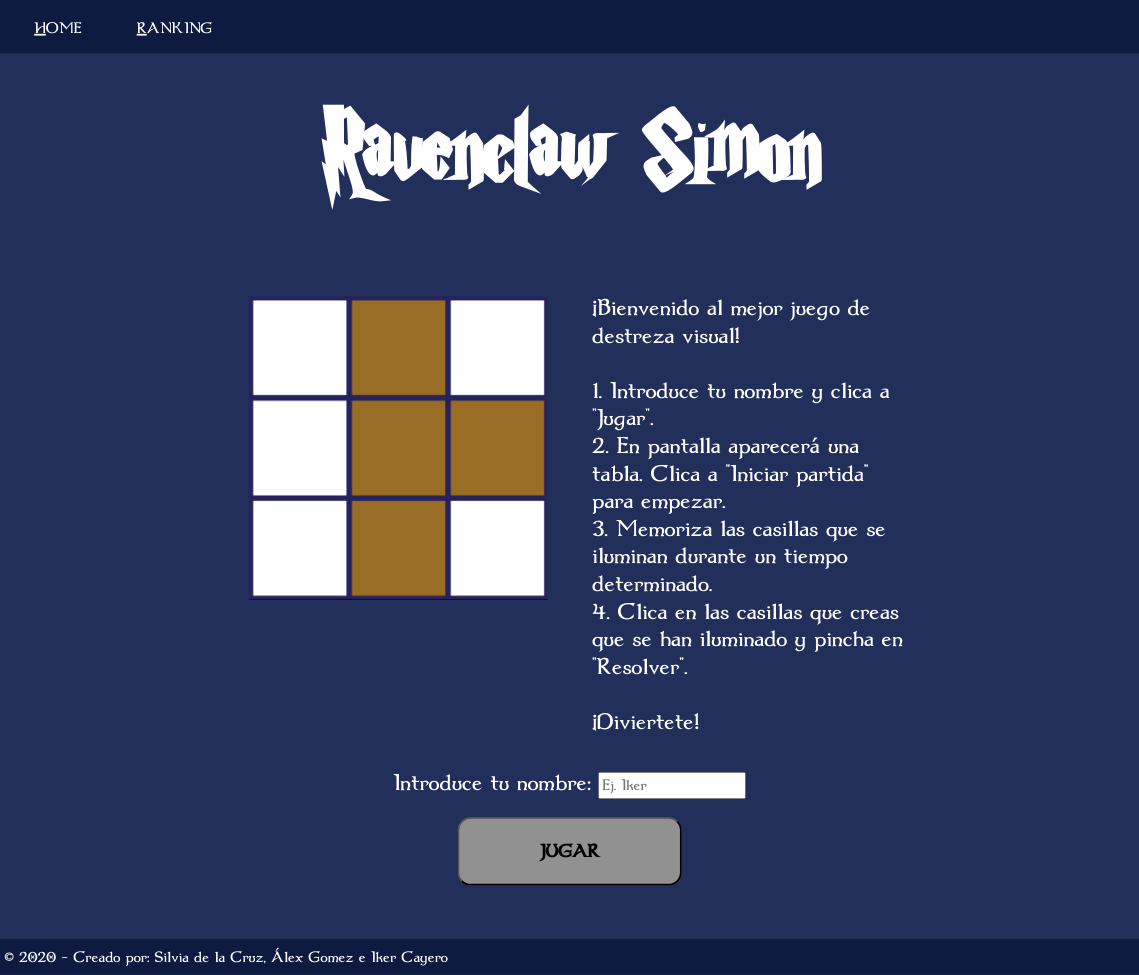
Repository: alexgomezdev/RavenclawSimon
Page: http://localhost/
These files come from the project's save history. The page is drawn as it stood at one moment and after the next save; the edit follows.
The browser window is 1280 px wide. The pictures show the whole page, at 89% of full size.
The page is run by PHP 8.4 with error messages shown; the project is at /var/www/html/.

Above is the page before, as saved 2020-11-05 15:42:45.

### index.php
<!DOCTYPE html>
<html>
<?php
//prueba
session_start();
?>

<head>
    <meta charset="UTF-8">
    <title>Ravenclaw Simon</title>
    <link rel="stylesheet" href="templates/general.css">
    <link rel="stylesheet" href="templates/index.css">
</head>

<body>
    <header>
        <div id="home_link_div">
            <a href="index.php" id="home_link" accesskey="h"><underline class='accesskey'>H</underline>OME</a>
        </div>
        <div id="ranking_link_div">
            <a href="ranking.php" id="ranking_link" accesskey="r"><underline class='accesskey'>R</underline>ANKING</a>
        </div>
    </header>
    <main>
        <div id="title">
            <h1>Ravenclaw Simon</h1>
        </div>
        <div class="container">
            <div id="img">
                <img src="templates/assets/home_img.png" alt="Simon Game">
            </div>
            <div id="manual">
                <p id="manual_paragraph">
                    ¡Bienvenido al mejor juego de destreza visual!
                    <br>
                    <br>
                    1. Introduce tu nombre y clica a "Jugar".
                    <br>
                    2. En pantalla aparecerá una tabla. Clica a "Iniciar partida" para empezar.
                    <br>
                    3. Memoriza las casillas que se iluminan durante un tiempo determinado.
                    <br>
                    4. Clica en las casillas que creas que se han iluminado y pincha en "Resolver".
                    <br>
                    <br>
                    ¡Diviertete!
                </p>
            </div>
        </div>
        <form method="POST" action="start.php">
            <div id="name_introduction">
                <?php
                if (isset($_SESSION['user'])) {
                    echo "<label for='username'>Introduce tu nombre: </label><input type='text' id='username' name='username' placeholder='Ej. Iker' value='" . $_SESSION['user'] . "' required oninvalid='this.setCustomValidity(\"Introduce un nombre\")' onchange='this.setCustomValidity(\"\")'>";
                } else {
                    echo '<label for="username">Introduce tu nombre: </label><input type="text" id="username" name="username" placeholder="Ej. Iker" required oninvalid="this.setCustomValidity(\'Introduce un nombre\')" onchange="this.setCustomValidity(\'\')">';
                }
                ?>
            </div>
            <div id="button_div">
                <button id="button_play" accesskey="j">
                    <h3><underline class='accesskey'>J</underline>UGAR</h3>
                </button>
            </div>
        </form>
    </main>
    <footer>
        <div id="footer_content">
            &#0169 2020 - Creado por: Silvia de la Cruz, Álex Gomez e Iker Cayero
        </div>
    </footer>
</body>

</html>

### templates/general.css
@font-face {
  font-family: "Harry_Potter";
  src: url("../templates/typography/HARRYP.TTF") format("truetype");
}

@font-face {
  font-family: "Dumbledore";
  src: url("../templates/typography/dumbledor.1.ttf") format("truetype");
}

html {
  min-height: 100%;
  position: relative;
}

body {
  font-family: "Dumbledore";
  background-color: #222f5b;
}

header {
  background-color: #0e1a40;
  top: 0;
  left: 0;
  position: fixed;
  width: 100%;
  height: 60px;
  display: inline-flex;
}

#home_link_div {
  margin-left: 3%;
  padding-top: 9px;
  text-align: center;
  width: 3%;
  height: 100%;
  margin-right: none;
}

#home_link {
  display: flex;
  justify-content: center;
  align-items: center;
  color: #ffffff;
  font-size: 20px;
  text-decoration: none;
  width: min-content;
  height: 60%;
  margin-top: 10%;
  margin-bottom: 10%;
}

#title {
  color: #ffffff;
  font-family: "Harry_Potter";
  font-size: 60px;
  width: 100%;
  text-align: center;
  margin-top: 120px;
}

underline {
  text-decoration: underline;
}
main {
  width: 100%;
}

footer {
  color: #ffffff;
  background-color: #0e1a40;
  bottom: 0;
  left: 0;
  position: absolute;
  width: 100%;
  height: 30px;
  display: flex;
  padding-top: 10px;
  clear: both;
}

#footer_content {
  margin-left: 5px;
  color: #ffffff;
  font-size: 20px;
  vertical-align: center;
  height: 60%;
}

### templates/index.css
#ranking_link_div {
  margin-left: 6%;
  padding-top: 9px;
  text-align: center;
  width: 3%;
  height: 100%;
  margin-right: none;
}

#ranking_link {
  display: flex;
  justify-content: center;
  align-items: center;
  color: #ffffff;
  font-size: 20px;
  text-decoration: none;
  width: min-content;
  height: 60%;
  margin-top: 10%;
  margin-bottom: 10%;
}

.container {
  display: flex;
  margin-top: 5%;
  margin-right: 15%;
  margin-bottom: 3%;
  width: 100%;
}

#img {
  padding-top: 1%;
  text-align: right;
  width: 48%;
  height: 100%;
  margin-right: 2%;
}

#manual {
  color: #ffffff;
  width: 28%;
  height: 100%;
  margin-left: 2%;
  font-size: 30px;
}

#manual_paragraph {
  margin-bottom: 0px;
  margin-top: 10px;
}

#button_div {
  margin-top: 20px;
  margin-bottom: 100px;
  text-align: center;
  width: 100%;
}

#button_play {
  border-radius: 15px;
  background-color: #919191;
  font-family: "Dumbledore";
  font-size: 20px;
  width: 20%;
  height: 100%;
}

#button_play:hover {
  color: #5d5d5d;
  background-color: #ffffff;
}

#name_introduction {
  font-size: 30px;
  text-align: center;
  width: 100%;
  color: #ffffff;
}

#username {
  height: 25px;
  font-family: "Dumbledore";
  font-size: 20px;
}

#games_type{
  font-size: 20px;
  color: #ffffff;
  margin-top: 20px;
  text-align: center;
}

#level_introduction {
  font-size: 30px;
  text-align: center;
  width: 100%;
  color: #ffffff;
}

#level {
  margin-top: 1%;
  height: 25px;
  font-family: "Dumbledore";
  font-size: 20px;
}

After the next save:
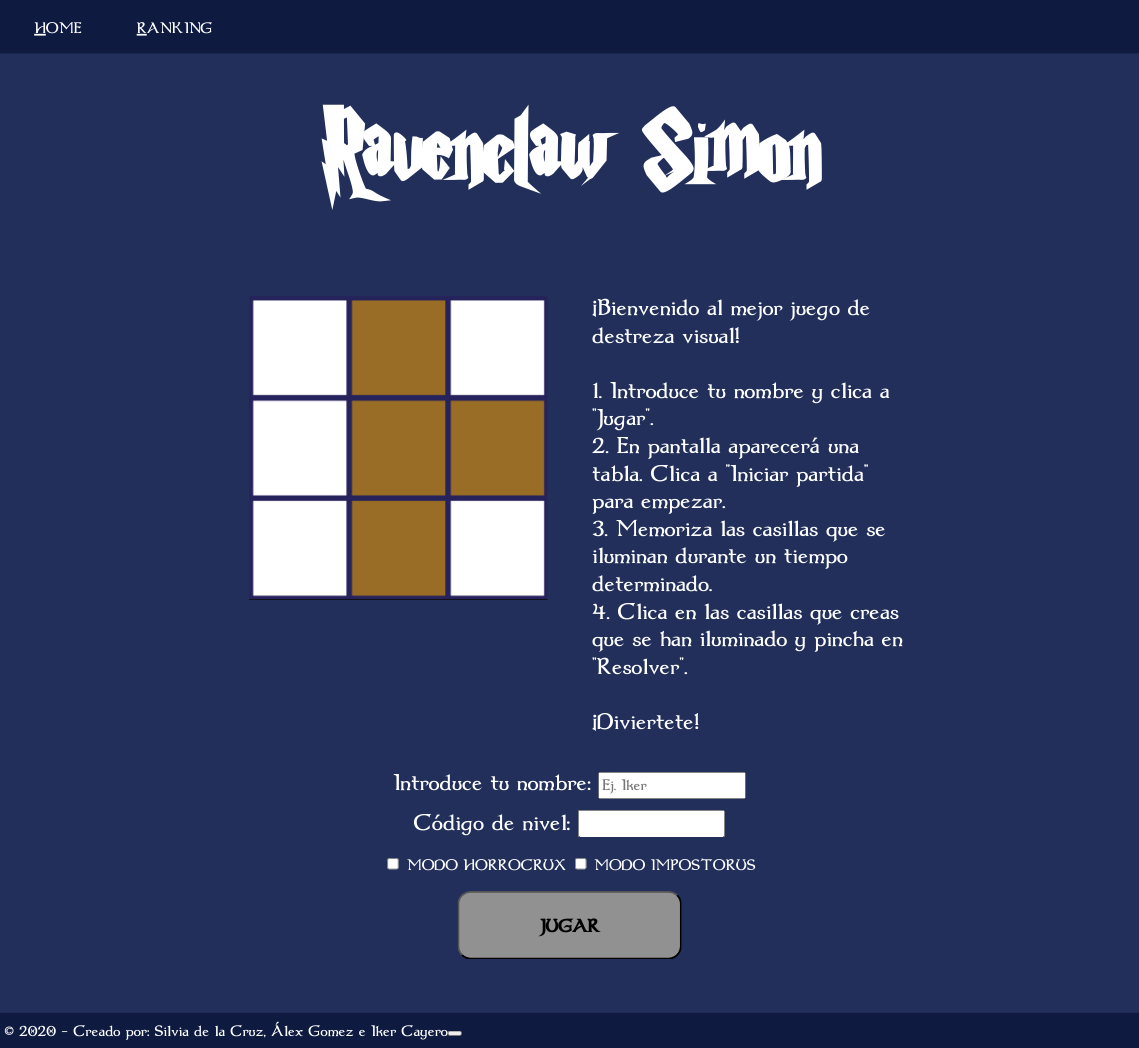
Saved 90 s later.
--- a/index.php
+++ b/index.php
@@ -57,6 +57,15 @@
                 }
                 ?>
             </div>
+            <div id="level_introduction">
+                <label for="username">Código de nivel: </label><input type="text" id="level" name="level" />
+            </div>
+            <div id="games_type">
+                <input type="checkbox" class="checkbox" id="lier" name="lier">
+                <label for="lier" title="Modo mentiroso">MODO HORROCRUX</label>
+                <input type="checkbox" class="checkbox" id="survive" name="survive">
+                <label for="survive" title="Modo supervivencia">MODO IMPOSTORUS</label>
+            </div>
             <div id="button_div">
                 <button id="button_play" accesskey="j">
                     <h3><underline class='accesskey'>J</underline>UGAR</h3>
@@ -68,6 +77,10 @@
         <div id="footer_content">
             &#0169 2020 - Creado por: Silvia de la Cruz, Álex Gomez e Iker Cayero
         </div>
+        <audio id="audio" src="./templates/assets/audio/ringtones-harry-potter.mp3"></audio>
+        <div>
+            <button onclick="document.getElementById('audio').play()"></button>
+        </div>
     </footer>
 </body>
 
